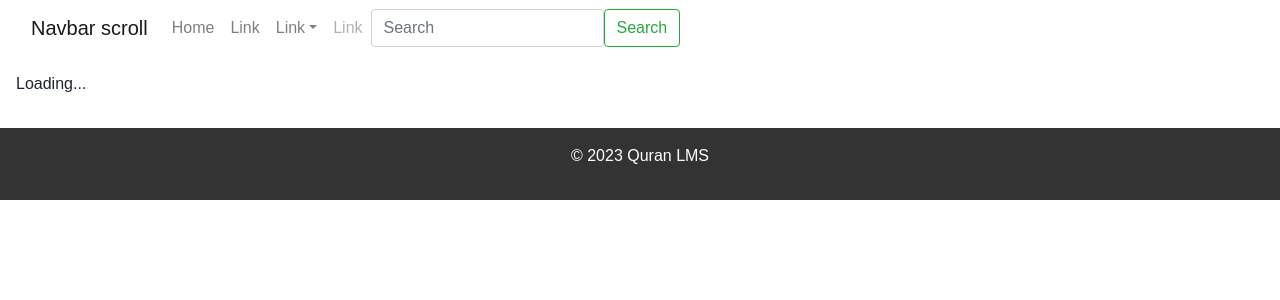
Repository: talha-mahmood/Quran-Lms-react
Page: /
An editor plug-in stored every save of this project. The page is shown before and after the next save, followed by the edit.
The browser window is 1280 px wide. The pictures show the whole page.
The page's requests for data from a server got no answer. The project was rebuilt for these pictures with package versions that can differ from the ones it lists, and the page was loaded fresh each time. No one was signed in, and anything a server would have sent is missing.

Above is the page before, as saved 2023-03-08 01:08:33.

After the next save:
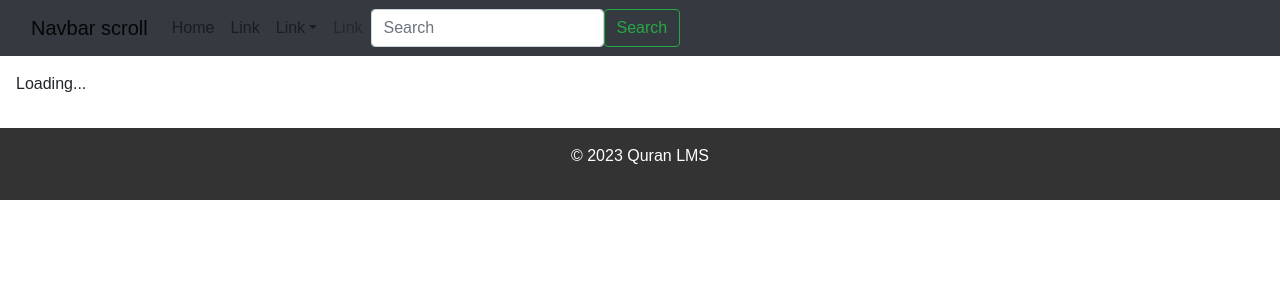
Saved 5 s later.
--- a/src/App.js
+++ b/src/App.js
@@ -29,7 +29,7 @@
 
           <div>
 
-          <Navbar bg="Dark" expand="lg">
+          <Navbar bg="dark" expand="lg">
       <Container fluid>
         <Navbar.Brand href="#">Navbar scroll</Navbar.Brand>
         <Navbar.Toggle aria-controls="navbarScroll" />

After the 3 saves that followed:
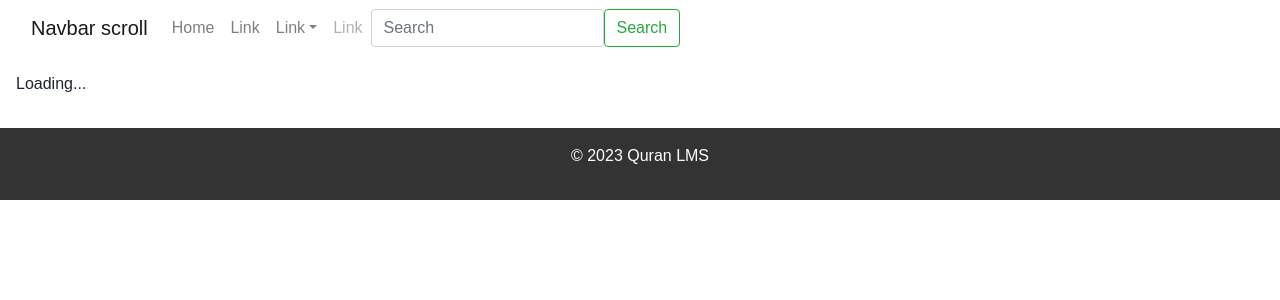
The 3 saves are shown as one change because they came seconds apart.
The last was saved 21 s later.
--- a/src/App.js
+++ b/src/App.js
@@ -29,7 +29,7 @@
 
           <div>
 
-          <Navbar bg="dark" expand="lg">
+          <Navbar bg="blacl" expand="lg">
       <Container fluid>
         <Navbar.Brand href="#">Navbar scroll</Navbar.Brand>
         <Navbar.Toggle aria-controls="navbarScroll" />
